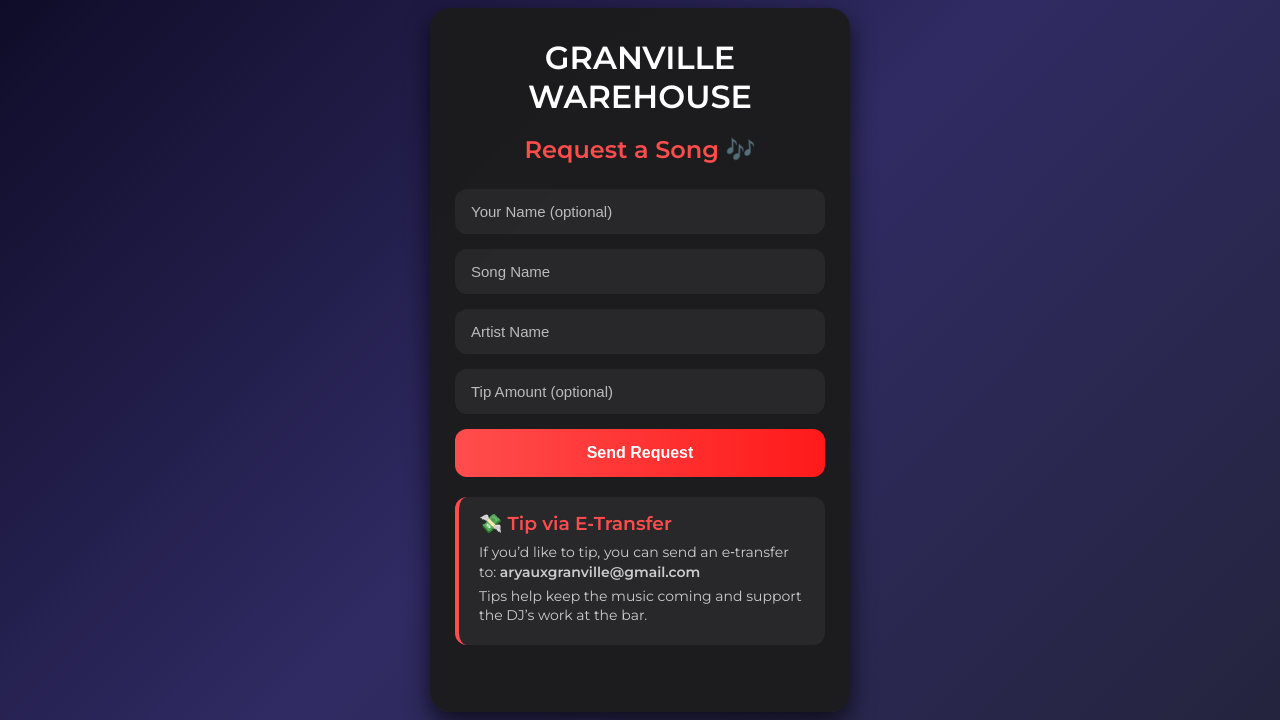
Repository: AryanHeravi/DJ-Request
Page: song_request.html
These files come from the project's save history. The page is drawn as it stood at one moment and after the next save; the edit follows.
The browser window is 1280 px wide. The pictures show the whole page.

Above is the page before, as saved 2026-01-06 21:56:10.

### song_request.html
<!DOCTYPE html>
<html lang="en">
<head>
<meta charset="UTF-8">
<meta name="viewport" content="width=device-width, initial-scale=1.0">
<title>Bar Song Request</title>
<link href="https://fonts.googleapis.com/css2?family=Montserrat:wght@400;600&display=swap" rel="stylesheet">
<style>
  * {
    box-sizing: border-box;
    margin: 0;
    padding: 0;
  }

  body {
    font-family: 'Montserrat', sans-serif;
    background: linear-gradient(135deg, #0f0c29, #302b63, #24243e);
    display: flex;
    justify-content: center;
    align-items: center;
    min-height: 100vh;
    color: #fff;
  }

  .container {
    background: rgba(28,28,28,0.95);
    backdrop-filter: blur(10px);
    padding: 30px 25px;
    border-radius: 20px;
    width: 100%;
    max-width: 420px;
    box-shadow: 0 10px 25px rgba(0,0,0,0.7);
    transition: transform 0.3s ease;
  }

  .container:hover {
    transform: translateY(-3px);
  }

  h2 {
    text-align: center;
    color: #ff4d4d;
    margin-bottom: 25px;
  }

  form {
    display: flex;
    flex-direction: column;
    gap: 15px;
  }

  input {
    padding: 14px 16px;
    border-radius: 12px;
    border: none;
    outline: none;
    font-size: 15px;
    background: rgba(255,255,255,0.05);
    color: #fff;
    transition: all 0.2s ease;
  }

  input::placeholder {
    color: #bbb;
  }

  input:focus {
    background: rgba(255,255,255,0.15);
    box-shadow: 0 0 8px rgba(255,77,77,0.5);
  }

  button {
    padding: 15px;
    border-radius: 12px;
    border: none;
    background: linear-gradient(90deg, #ff4d4d, #ff1a1a);
    color: #fff;
    font-size: 16px;
    font-weight: 600;
    cursor: pointer;
    transition: all 0.3s ease;
  }

  button:hover {
    background: linear-gradient(90deg, #ff1a1a, #ff4d4d);
    transform: scale(1.02);
  }

  /* E-transfer card */
  .tip-card {
    background: rgba(255,255,255,0.05);
    border-radius: 12px;
    padding: 15px 20px;
    margin-top: 20px;
    color: #fff;
    border-left: 4px solid #ff4d4d;
  }

  .tip-card h3 {
    margin: 0 0 8px 0;
    color: #ff4d4d;
    font-weight: 600;
  }

  .tip-card p {
    margin: 0 0 4px 0;
    font-size: 14px;
    line-height: 1.4;
    color: #ccc;
  }

  .confirmation {
    text-align: center;
    margin-top: 18px;
    font-size: 16px;
    color: #00ff99;
    opacity: 0;
    transform: translateY(-5px);
    transition: opacity 0.5s ease, transform 0.5s ease;
  }

  .confirmation.show {
    opacity: 1;
    transform: translateY(0);
  }

  @media (max-width: 480px) {
    .container {
      padding: 25px 20px;
    }

    input {
      font-size: 14px;
    }

    button {
      font-size: 15px;
    }
  }
</style>
</head>
<body>

<div class="container">
  <h1 style="text-align: center;">GRANVILLE WAREHOUSE</h1>
  <br>
  <h2>Request a Song 🎶</h2>
  <form id="songForm">
    <input type="text" name="name" placeholder="Your Name (optional)">
    <input type="text" name="song" placeholder="Song Name" required>
    <input type="text" name="artist" placeholder="Artist Name" required>
    <input type="text" name="tip" placeholder="Tip Amount (optional)">
    <button type="submit">Send Request</button>
  </form>

  <!-- E-Transfer Section -->
  <div class="tip-card">
    <h3>💸 Tip via E‑Transfer</h3>
    <p>If you’d like to tip, you can send an e‑transfer to: <strong>aryauxgranville@gmail.com</strong></p>
    <p>Tips help keep the music coming and support the DJ’s work at the bar.</p>
  </div>

  <div class="confirmation" id="confirmation">
    🎵 Your song request has been sent! Thanks!
  </div>
</div>

<script src="https://cdn.jsdelivr.net/npm/@emailjs/browser@3/dist/email.min.js"></script>
<script>
  const form = document.getElementById('songForm');
  const confirmation = document.getElementById('confirmation');

  form.addEventListener('submit', function(e) {
    e.preventDefault();

    emailjs.sendForm(
      "service_3dp90wc",
      "template_dyxg225",
      this,
      "iueAUOM_QorKi02S6"
    )
    .then((response) => {
      if (response.status >= 200 && response.status < 300) {
        confirmation.classList.add('show');
        form.reset();
        setTimeout(() => confirmation.classList.remove('show'), 4000);
      } else {
        throw new Error("Unexpected response status: " + response.status);
      }
    })
    .catch((err) => {
      console.error("EmailJS error:", err);
      confirmation.style.color = "#ff5555";
      confirmation.textContent = "⚠️ Oops! Something went wrong. Try again.";
      confirmation.classList.add('show');
      setTimeout(() => {
        confirmation.classList.remove('show');
        confirmation.style.color = "#00ff99";
        confirmation.textContent = "🎵 Your song request has been sent! Thanks!";
      }, 4000);
    });
  });
</script>

</body>
</html>

After the next save:
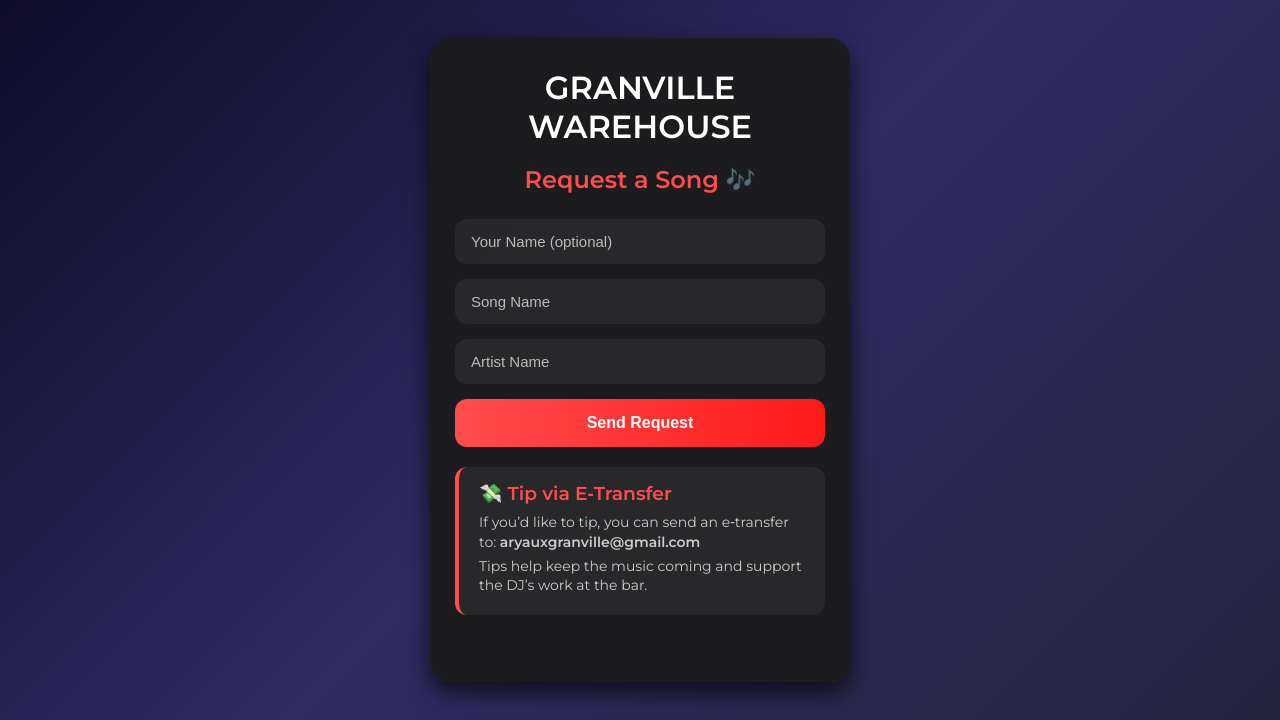
Saved 20 s later.
--- a/song_request.html
+++ b/song_request.html
@@ -149,7 +149,6 @@
     <input type="text" name="name" placeholder="Your Name (optional)">
     <input type="text" name="song" placeholder="Song Name" required>
     <input type="text" name="artist" placeholder="Artist Name" required>
-    <input type="text" name="tip" placeholder="Tip Amount (optional)">
     <button type="submit">Send Request</button>
   </form>
 
